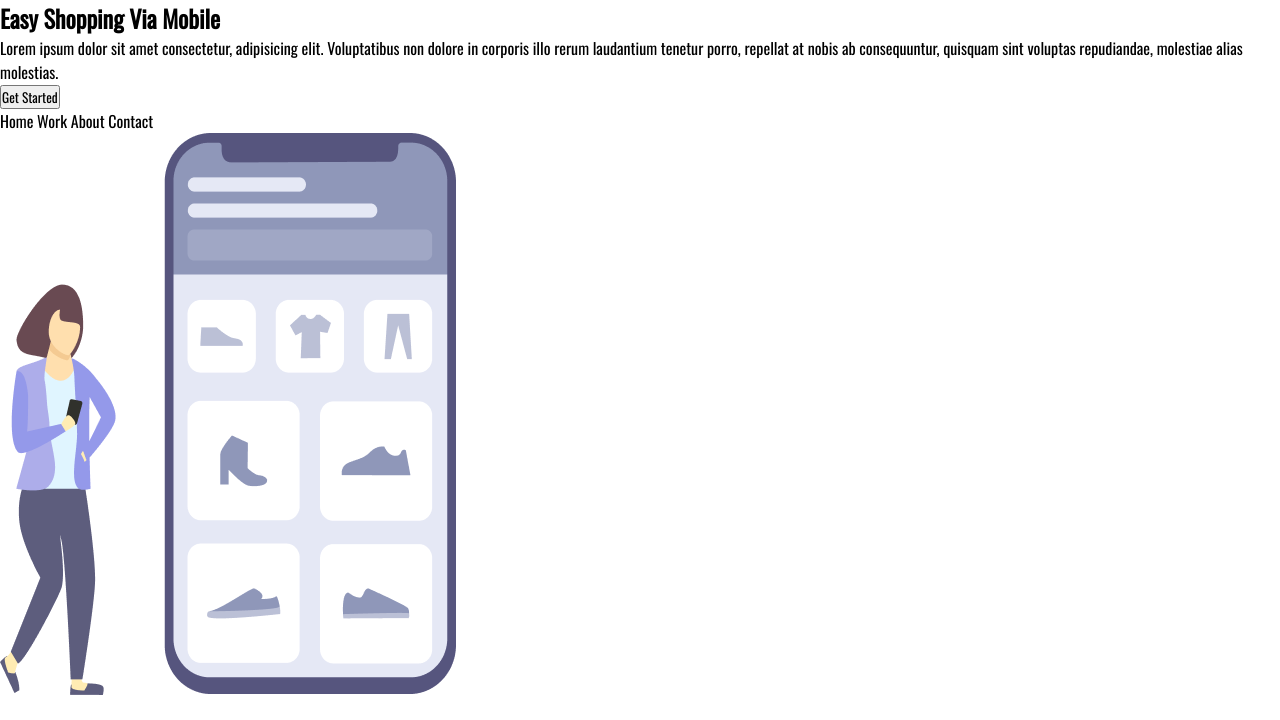
Repository: DihOliver/Projeto-Responsivo
Page: index.html
The author's editor kept a copy of each file at every save. The page is drawn from the files as they stood at one save, then again after the next save.
The browser window is 1280 px wide. The pictures show the whole page.
Some web fonts or font styles are not loaded; a fallback is used.

Above is the page before, as saved 2023-06-06 21:22:59.

### index.html
<!DOCTYPE html>
<html lang="en">
  <head>
    <meta charset="UTF-8" />
    <meta http-equiv="X-UA-Compatible" content="IE=edge" />
    <meta name="viewport" content="width=device-width, initial-scale=1.0" />
    <link rel="stylesheet" href="./styles.css" />
    <link rel="preconnect" href="https://fonts.googleapis.com" />
    <link rel="preconnect" href="https://fonts.gstatic.com" crossorigin />
    <link
      href="https://fonts.googleapis.com/css2?family=Montserrat:ital,wght@0,500;0,600;0,700;0,900;1,400&family=Oswald&family=Poppins:wght@400;500;700&family=Roboto:wght@400;500;700&family=Tilt+Prism&display=swap"
      rel="stylesheet"
    />
    <title>Css - Responsividade</title>
  </head>
  <body>
    <div>
      <section class="container-left">
        <h1>Easy Shopping Via Mobile</h1>
        <p>
          Lorem ipsum dolor sit amet consectetur, adipisicing elit. Voluptatibus
          non dolore in corporis illo rerum laudantium tenetur porro, repellat
          at nobis ab consequuntur, quisquam sint voluptas repudiandae,
          molestiae alias molestias.
        </p>
        <button>Get Started</button>
      </section>
      <section class="container-rigth">
        <header>
          <a>Home</a>
          <a>Work</a>
          <a>About</a>
          <a>Contact</a>
        </header>
        <img alt="Girl=cellphone.png" src="./img/girl-cellphone.png" />
      </section>
    </div>
  </body>
</html>

### styles.css
*{
    margin: 0;
    padding: 0;
    box-sizing: border-box;
    font-family: 'Oswald', sans-serif;
}

After the next save:
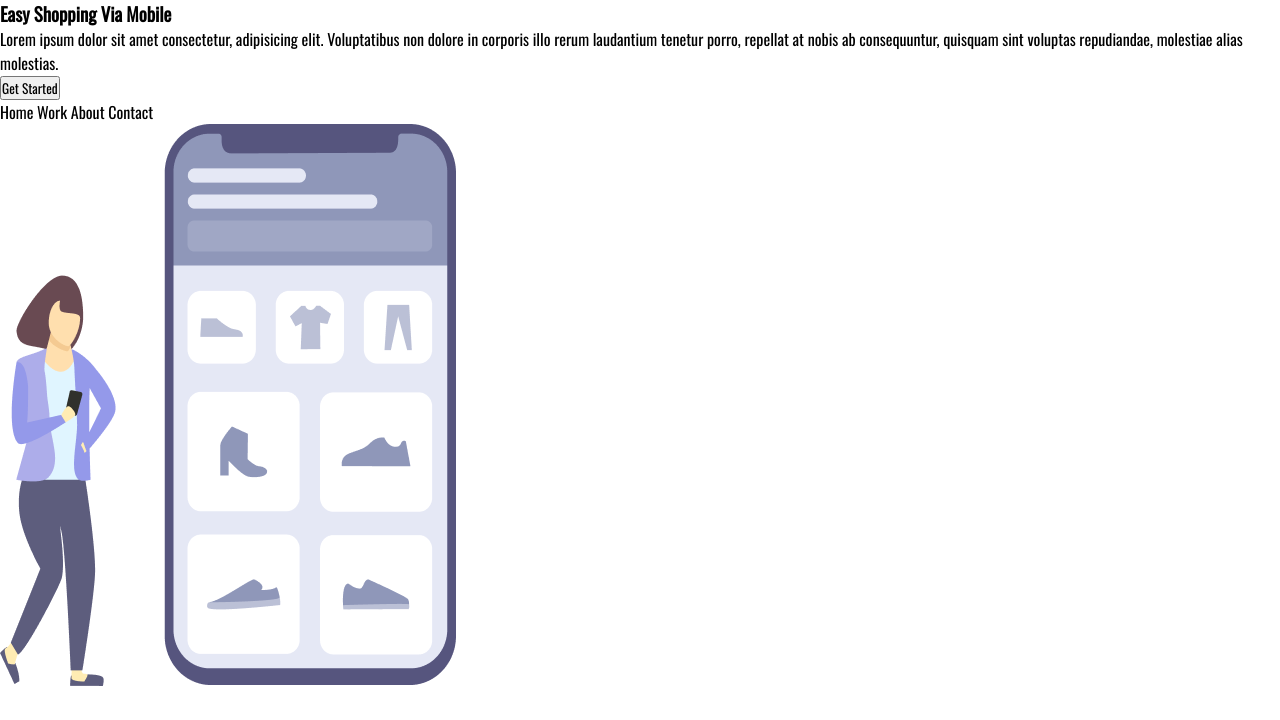
Saved 35 s later.
--- a/index.html
+++ b/index.html
@@ -14,7 +14,8 @@
     <title>Css - Responsividade</title>
   </head>
   <body>
-    <div>
+      <section class="container">
+        <div >
       <section class="container-left">
         <h1>Easy Shopping Via Mobile</h1>
         <p>

After the save that followed:
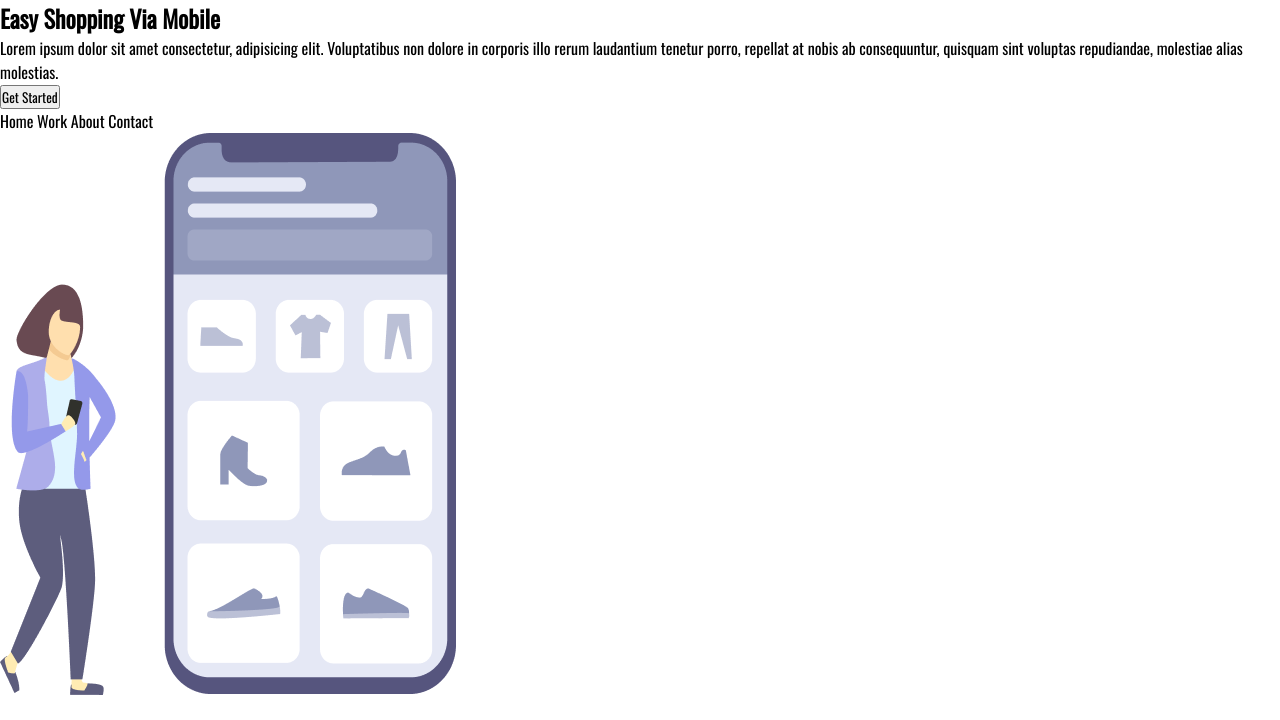
Saved 5 min 56 s later.
--- a/index.html
+++ b/index.html
@@ -14,8 +14,7 @@
     <title>Css - Responsividade</title>
   </head>
   <body>
-      <section class="container">
-        <div >
+    <div class="wrapper">
       <section class="container-left">
         <h1>Easy Shopping Via Mobile</h1>
         <p>
